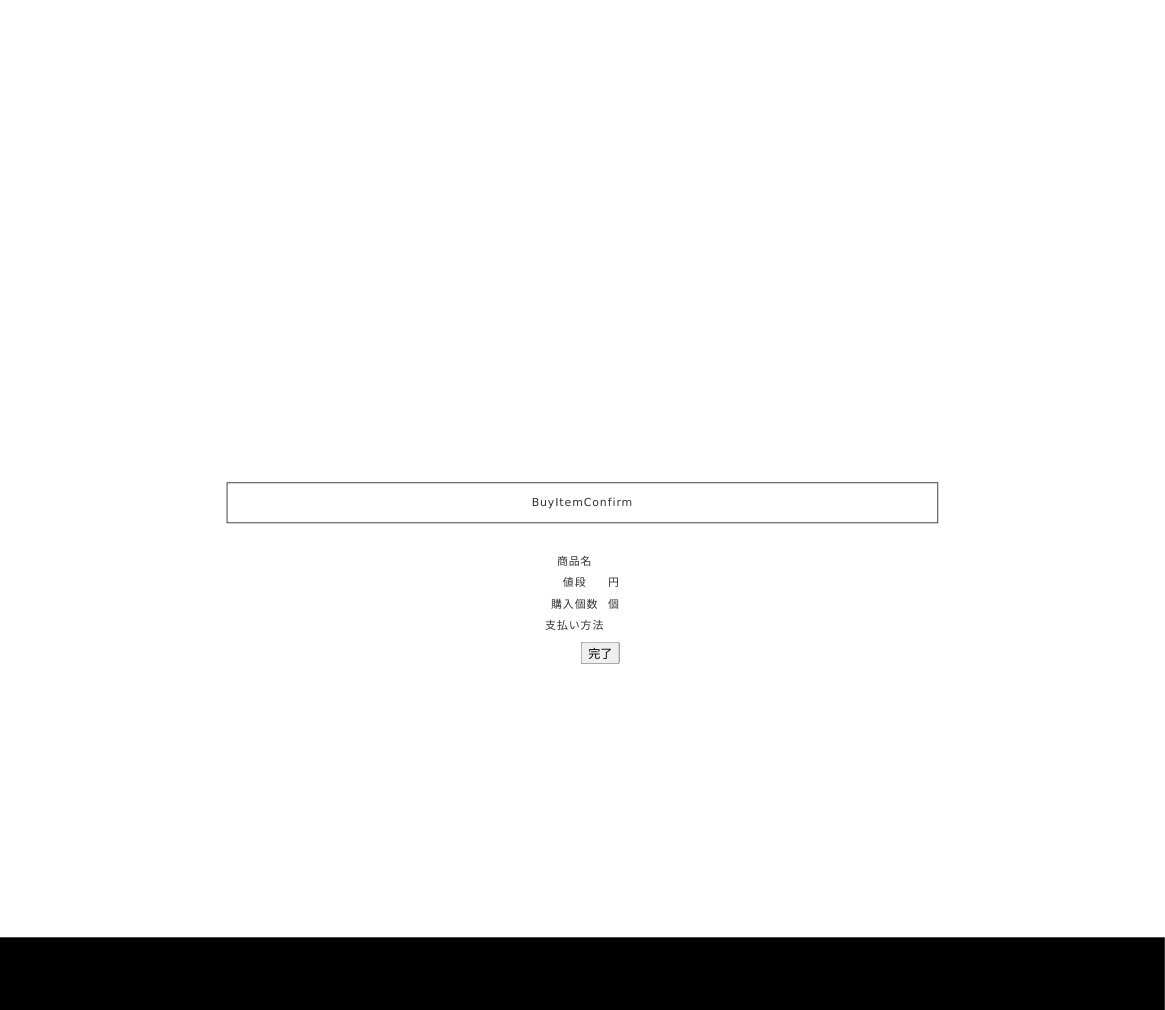
Repository: Eu-kr2018/test
Page: http://localhost/template/BuyItemConfirm.jsp
The author's editor kept a copy of each file at every save. The page is drawn from the files as they stood at one save, then again after the next save.
The browser window is 1280 px wide. The pictures show the whole page, at 91% of full size.
The page is served by Tomcat 9.

Above is the page before, as saved 2018-08-27 11:56:18.

After the next save:
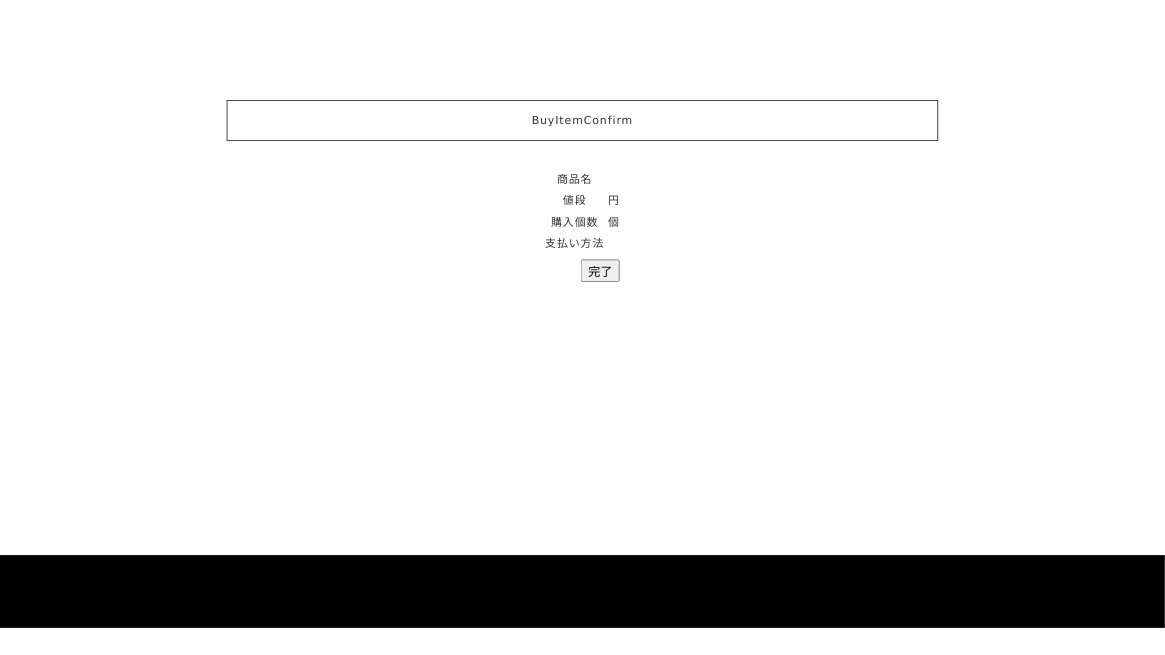
Saved 2 min 1 s later.
--- a/template/WebContent/BuyItemConfirm.jsp
+++ b/template/WebContent/BuyItemConfirm.jsp
@@ -38,7 +38,7 @@
 
 			#header{
 				width:100%;
-				height:500px;
+				height:80px;
 				text-align:center;
 			}
 
